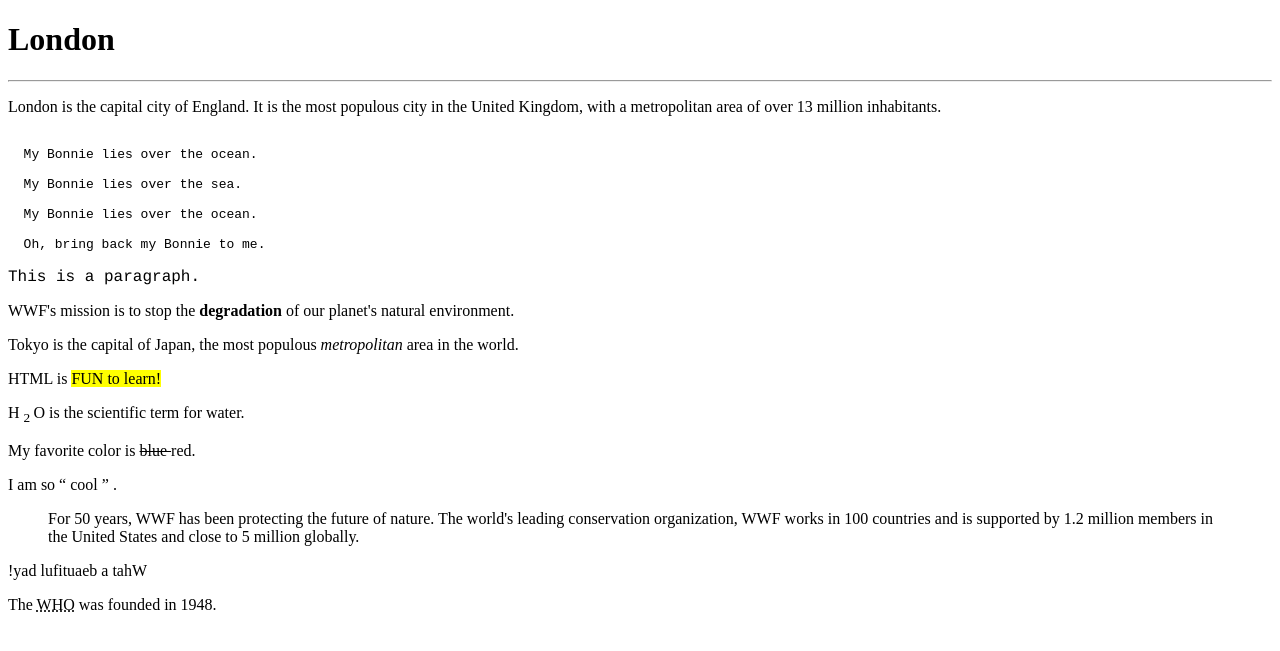
Repository: Helianthusss/Learn-CPP
Page: HTML/test.html
These files come from the project's save history. The page is drawn as it stood at one moment and after the next save; the edit follows.
The browser window is 1280 px wide. The pictures show the whole page.

Above is the page before, as saved 2021-11-18 14:23:30.

### HTML/test.html
<!DOCTYPE html>
<html lang="en">
  <head>
    <meta charset="UTF-8" />
    <meta name="viewport" content="width=device-width, initial-scale=1.0" />
    <title>Document</title>
    <link rel="stylesheet" href="text.css" />
  </head>
  <body>
    <h1>London</h1>
    <hr />

    <p>
      London is the capital city of England. It is the most populous city in the
      United Kingdom, with a metropolitan area of over 13 million inhabitants.
    </p>
    <!-- dinh dang doan tho -->
    <pre>

  My Bonnie lies over the ocean.

  My Bonnie lies over the sea.

  My Bonnie lies over the ocean.

  Oh, bring back my Bonnie to me.
</pre
    >
    <p style="font-family: courier">This is a paragraph.</p>
    <!-- nhan manh -->
    <p>
      WWF's mission is to stop the
      <strong> degradation </strong>
      of our planet's natural environment.
    </p>
    <!-- in nghieng -->
    <p>
      Tokyo is the capital of Japan, the most populous
      <em> metropolitan </em>
      area in the world.
    </p>
    <!--highlight-->
    <p>
      HTML is
      <mark>
      FUN
      <mark>
       to learn!
      </p>
      <!--dinh dang so-->
      <p>
        H
        <sub>
        2
        </sub>
        O is the scientific term for water.
        </p>
        <!--gach ngang chu-->
        <p>
          My favorite color is
          <del>
          blue
          </del>
           red.
          </p>
          <!-- them dau ngoac kep-->
          <p>
            I am so
            <q>
            cool
            </q>
            .
            </p>
  <!--trich dan-->
  <blockquote

  cite
  ="http://www.worldwildlife.org/who/index.html">
  For 50 years, WWF has been protecting the future of nature. The world's leading conservation organization, WWF works in 100 countries and is supported by 1.2 million members in the United States and close to 5 million globally.
  </blockquote>
  <!--doi nguoc van ban-->
  <bdo dir="rtl">
    What a beautiful day!
    </bdo>
    <p>
      The <abbr title="World Health Organization"> WHO</abbr> was founded in 1948.</p>

  </body>
</html>

Loaded but not shown: HTML/text.css (empty)

After the next save:
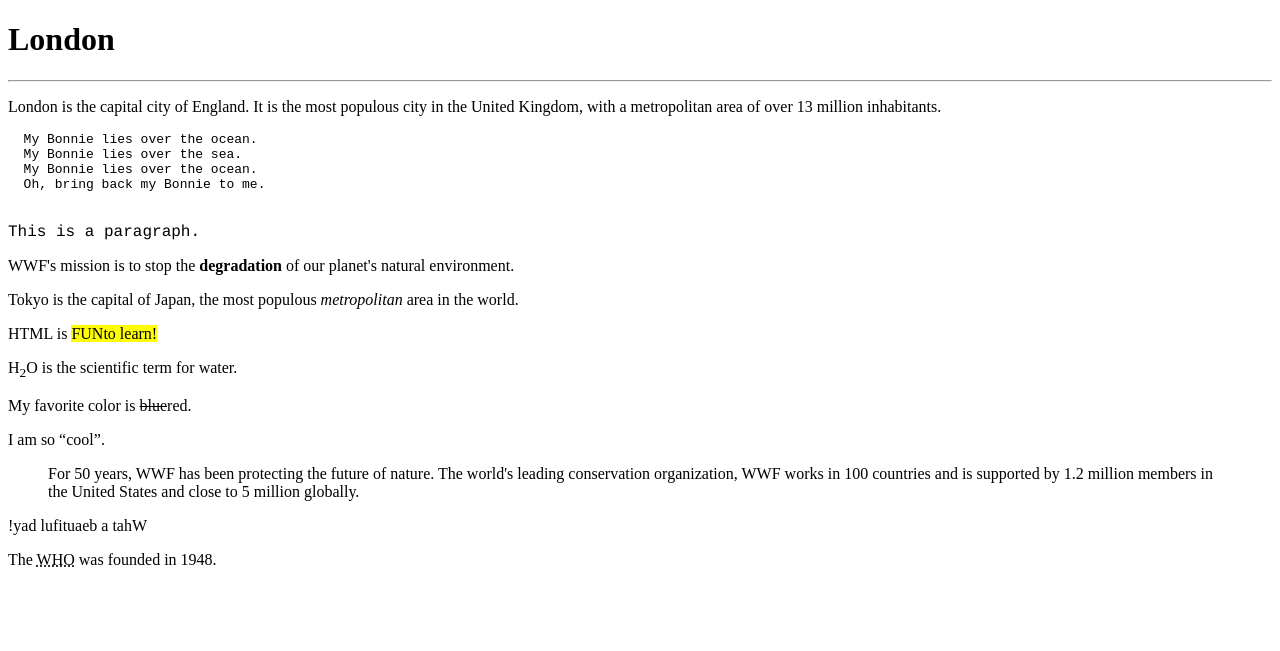
Saved 4 min 26 s later.
--- a/HTML/test.html
+++ b/HTML/test.html
@@ -7,83 +7,39 @@
     <link rel="stylesheet" href="text.css" />
   </head>
   <body>
-    <h1>London</h1>
-    <hr />
-
-    <p>
+  <h1>London</h1>
+  <hr />
+  <p>
       London is the capital city of England. It is the most populous city in the
       United Kingdom, with a metropolitan area of over 13 million inhabitants.
-    </p>
-    <!-- dinh dang doan tho -->
-    <pre>
-
+  </p>
+  <!-- dinh dang doan tho -->
+  <pre>
   My Bonnie lies over the ocean.
-
   My Bonnie lies over the sea.
-
   My Bonnie lies over the ocean.
-
   Oh, bring back my Bonnie to me.
-</pre
-    >
-    <p style="font-family: courier">This is a paragraph.</p>
-    <!-- nhan manh -->
-    <p>
-      WWF's mission is to stop the
-      <strong> degradation </strong>
-      of our planet's natural environment.
-    </p>
-    <!-- in nghieng -->
-    <p>
-      Tokyo is the capital of Japan, the most populous
-      <em> metropolitan </em>
-      area in the world.
-    </p>
-    <!--highlight-->
-    <p>
-      HTML is
-      <mark>
-      FUN
-      <mark>
-       to learn!
-      </p>
-      <!--dinh dang so-->
-      <p>
-        H
-        <sub>
-        2
-        </sub>
-        O is the scientific term for water.
-        </p>
-        <!--gach ngang chu-->
-        <p>
-          My favorite color is
-          <del>
-          blue
-          </del>
-           red.
-          </p>
-          <!-- them dau ngoac kep-->
-          <p>
-            I am so
-            <q>
-            cool
-            </q>
-            .
-            </p>
+  </pre>
+  <p style="font-family: courier">This is a paragraph.</p>
+  <!-- nhan manh -->
+  <p>WWF's mission is to stop the<strong> degradation </strong>of our planet's natural environment.</p>
+  <!-- in nghieng -->
+  <p> Tokyo is the capital of Japan, the most populous<em> metropolitan </em>area in the world.</p>
+  <!--highlight-->
+  <p> HTML is <mark>FUN<mark>to learn!</p>
+  <!--dinh dang so-->
+  <p>H<sub>2</sub>O is the scientific term for water.</p>
+  <!--gach ngang chu-->
+  <p>My favorite color is <del>blue</del>red.</p>
+  <!-- them dau ngoac kep-->
+  <p>I am so <q>cool</q>.</p>
   <!--trich dan-->
-  <blockquote
-
-  cite
-  ="http://www.worldwildlife.org/who/index.html">
+  <blockquote cite="http://www.worldwildlife.org/who/index.html">
   For 50 years, WWF has been protecting the future of nature. The world's leading conservation organization, WWF works in 100 countries and is supported by 1.2 million members in the United States and close to 5 million globally.
   </blockquote>
   <!--doi nguoc van ban-->
-  <bdo dir="rtl">
-    What a beautiful day!
-    </bdo>
-    <p>
-      The <abbr title="World Health Organization"> WHO</abbr> was founded in 1948.</p>
+  <bdo dir="rtl">What a beautiful day!</bdo>
+  <p>The <abbr title="World Health Organization"> WHO</abbr> was founded in 1948.</p>
 
   </body>
 </html>
